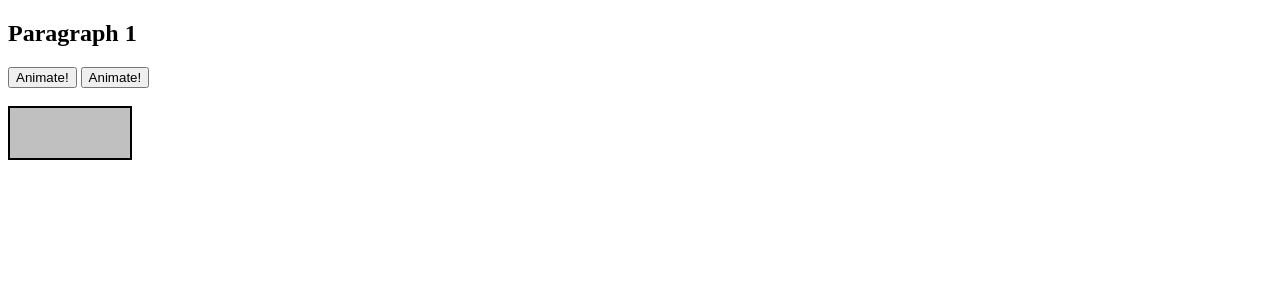
Repository: Irantsitumorang/projectRepo1
Page: BelajarJS/LatihanHTML/WebContent/jQuerytugas.html
These files come from the project's save history. The page is drawn as it stood at one moment and after the next save; the edit follows.
The browser window is 1280 px wide. The pictures show the whole page.

Above is the page before, as saved 2021-06-30 04:04:00.
Console error: ReferenceError: $ is not defined

### BelajarJS/LatihanHTML/WebContent/jQuerytugas.html
<!DOCTYPE html>
<html>
<head>
<meta charset="UTF-8">
<title>Belajar jQuery</title>
<script src=""></script>
<script>
   $(document).ready(function() {

     $( "#tombol_animasi" ).click(function() {
       $( "#box" ).animate({
           width: "80%",
           height: "80px",
           opacity: 0.4
         });
     });

   });
   </script>
   <style>
     #box {
       width: 100px;
       height: 50px;
       background-color: silver;
       border: 2px solid black;
       padding: 0 10px;
     }
   </style>
</head>
<body>
  <h2>Paragraph 1</h2>
  <button id="tombol_animasi">Animate!</button>
  <button id="tombol_animasi">Animate!</button>
<br><br>
  <div id="box"></div>
</body>
</html>

After the next save:
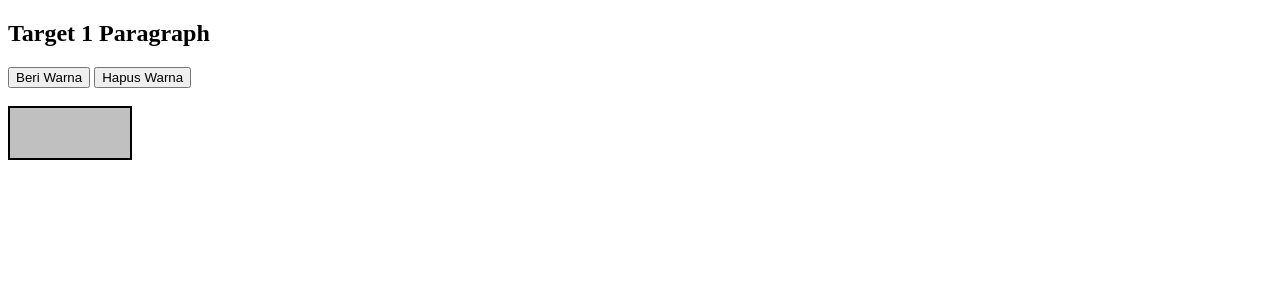
Saved 45 s later.
--- a/BelajarJS/LatihanHTML/WebContent/jQuerytugas.html
+++ b/BelajarJS/LatihanHTML/WebContent/jQuerytugas.html
@@ -28,9 +28,9 @@
    </style>
 </head>
 <body>
-  <h2>Paragraph 1</h2>
-  <button id="tombol_animasi">Animate!</button>
-  <button id="tombol_animasi">Animate!</button>
+  <h2>Target 1 Paragraph</h2>
+  <button id="tombol_animasi">Beri Warna</button>
+  <button id="tombol_animasi">Hapus Warna</button>
 <br><br>
   <div id="box"></div>
 </body>
